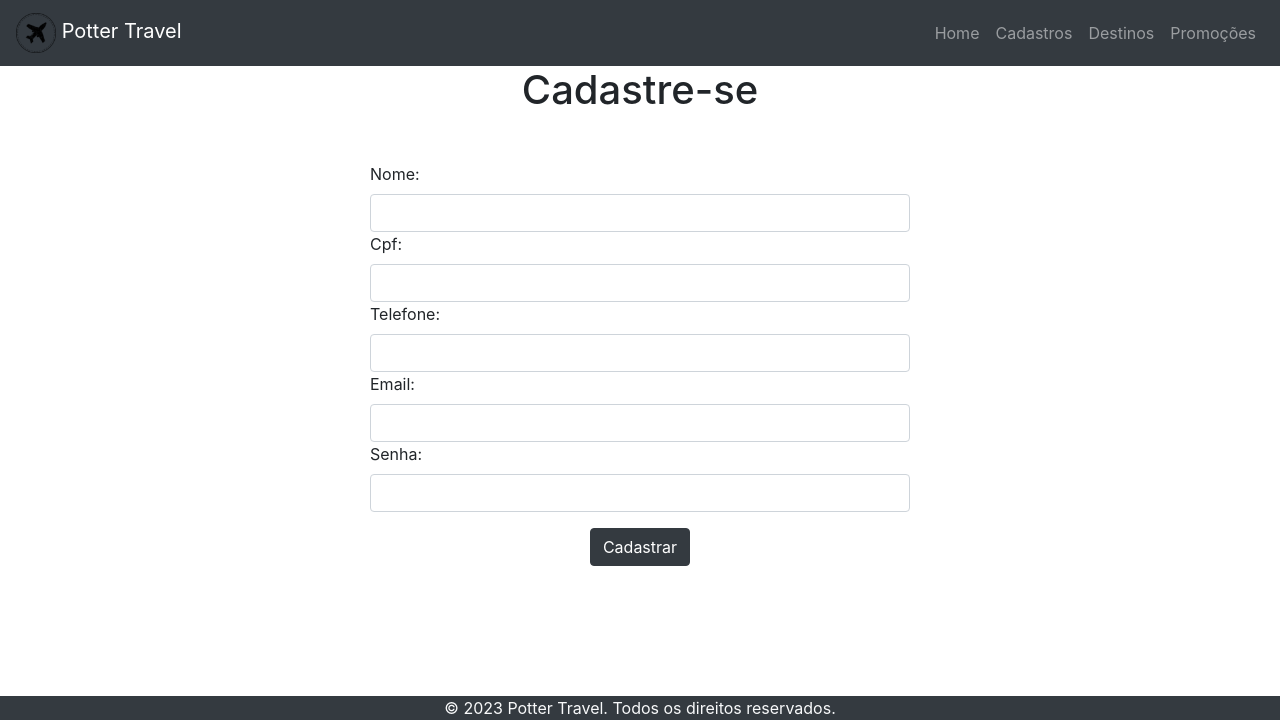
Repository: marcelledssantos/PotterTravel-MVC
Page: http://localhost/PotterTravel-MVC/cadastro.jsp
These files come from the project's save history. The page is drawn as it stood at one moment and after the next save; the edit follows.
The browser window is 1280 px wide. The pictures show the whole page.
Some web libraries are served in a nearby version. The page is served by Tomcat 9. Other server files are loaded and not shown.

Above is the page before, as saved 2023-11-03 00:56:27.

### PotterTravel-MVC/src/main/webapp/cadastro.jsp
<%@ page language="java" contentType="text/html; charset=UTF-8"
	pageEncoding="UTF-8"%>
<!DOCTYPE html>
<html>
<head>
<meta charset="UTF-8">

<link rel="stylesheet"
	href="https://maxcdn.bootstrapcdn.com/bootstrap/4.5.2/css/bootstrap.min.css">
<title>Create</title>
</head>
<body>
	<!-- Cabeçalho -->
	 <header>
		<nav class="navbar navbar-expand-lg navbar-dark  bg-dark text-light">
			 <a class="navbar-brand" href="#">
            <img src="Icon/aviao.png" width="40" height="40" class="d-inline-block align-center" alt="Logo">
            Potter Travel</a>
        <button class="navbar-toggler" type="button" data-toggle="collapse" data-target="#navbarNav"
            aria-controls="navbarNav" aria-expanded="false" aria-label="Toggle navigation">
            <span class="navbar-toggler-icon"></span>
        </button>
				<div class="collapse navbar-collapse" id="navbarNav">
					<ul class="navbar-nav ml-auto">
						<li class="nav-item"><a class="nav-link" href="index.html">Home</a>
						</li>
						<li class="nav-item"><a class="nav-link"
							href="./ReadController">Cadastros</a></li>
						<li class="nav-item"><a class="nav-link" href="#">Destinos</a></li>
						<li class="nav-item"><a class="nav-link" href="#">Promoções</a>
						</li>
					</ul>
				</div>
			</div>
		</nav>
	</header>
	<div class="container">
		<div class="row justify-content-center">
			<div class="col-md-6">
				<h1 class="mt-6 text-center">Cadastre-se</h1>
				<form class="mt-5" action="CreateController" method="post">
					<div class="form-group">

						<label for="nome">Nome:</label> <input type="text" class="form-control" id="nome" name="nome" required>

						<label for="nome">Cpf:</label> <input type="text" class="form-control"
							id="cpf" name="cpf" required>

						<label for="nome">Telefone:</label> <input type="text" class="form-control" id="telefone"
							name="telefone" required>

						<label for="login">Email:</label> <input type="email" class="form-control" id="email" name="email"
							required>

						<label for="senha">Senha:</label> <input type="password" class="form-control" id="senha" name="senha"required>

					</div>

					<div class="col-12 text-center">
						<button type="submit" class="btn btn-dark mx auto">Cadastrar</button>
					</div>
				</form>
			</div>
		</div>
	</div>

	<footer class="bg-dark text-light text-center mt -5 fixed-bottom">
		&copy; 2023 Potter Travel. Todos os direitos reservados. </footer>

	<script src="https://code.jquery.com/jquery-3.5.1.slim.min.js"></script>
	<script
		src="https://cdn.jsdelivr.net/npm/@popperjs/core@2.5.3/dist/umd/popper.min.js"></script>
	<script
		src="https://maxcdn.bootstrapcdn.com/bootstrap/4.5.2/js/bootstrap.min.js"></script>

</body>
</html>

After the next save:
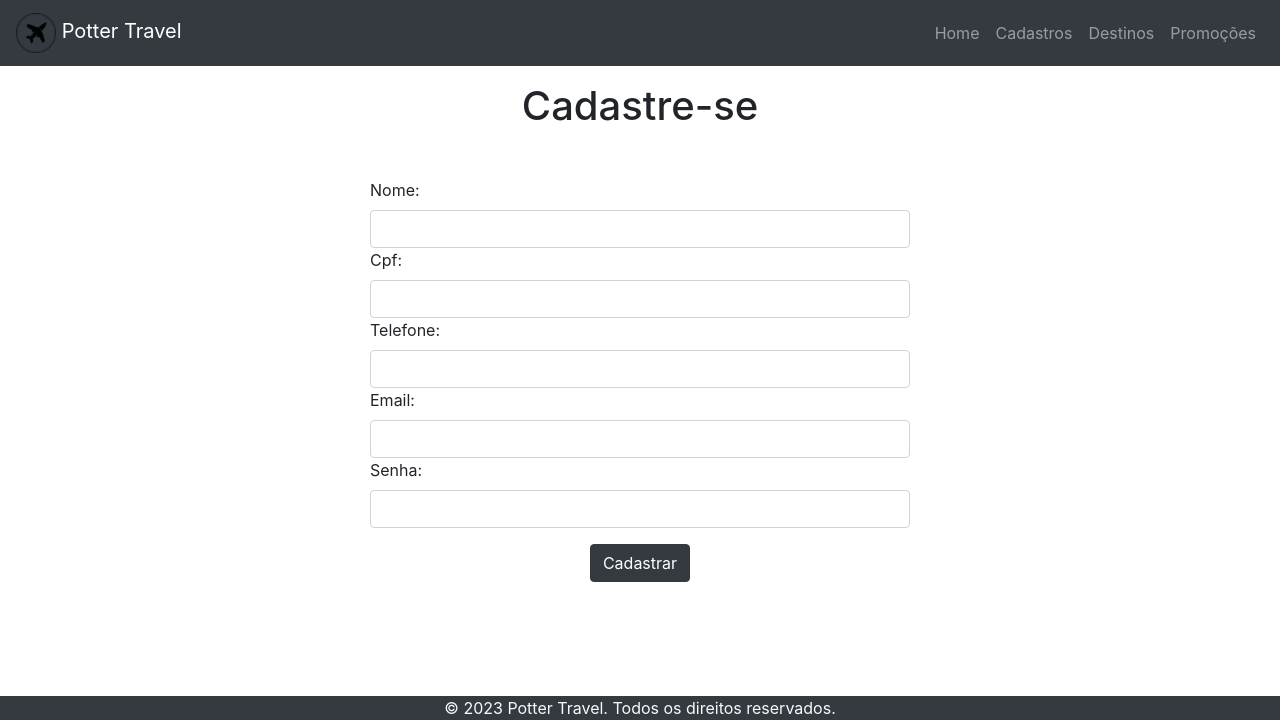
Saved 68 s later.
--- a/PotterTravel-MVC/src/main/webapp/cadastro.jsp
+++ b/PotterTravel-MVC/src/main/webapp/cadastro.jsp
@@ -37,7 +37,7 @@
 	<div class="container">
 		<div class="row justify-content-center">
 			<div class="col-md-6">
-				<h1 class="mt-6 text-center">Cadastre-se</h1>
+				<h1 class="mt-3 text-center">Cadastre-se</h1>
 				<form class="mt-5" action="CreateController" method="post">
 					<div class="form-group">
 
